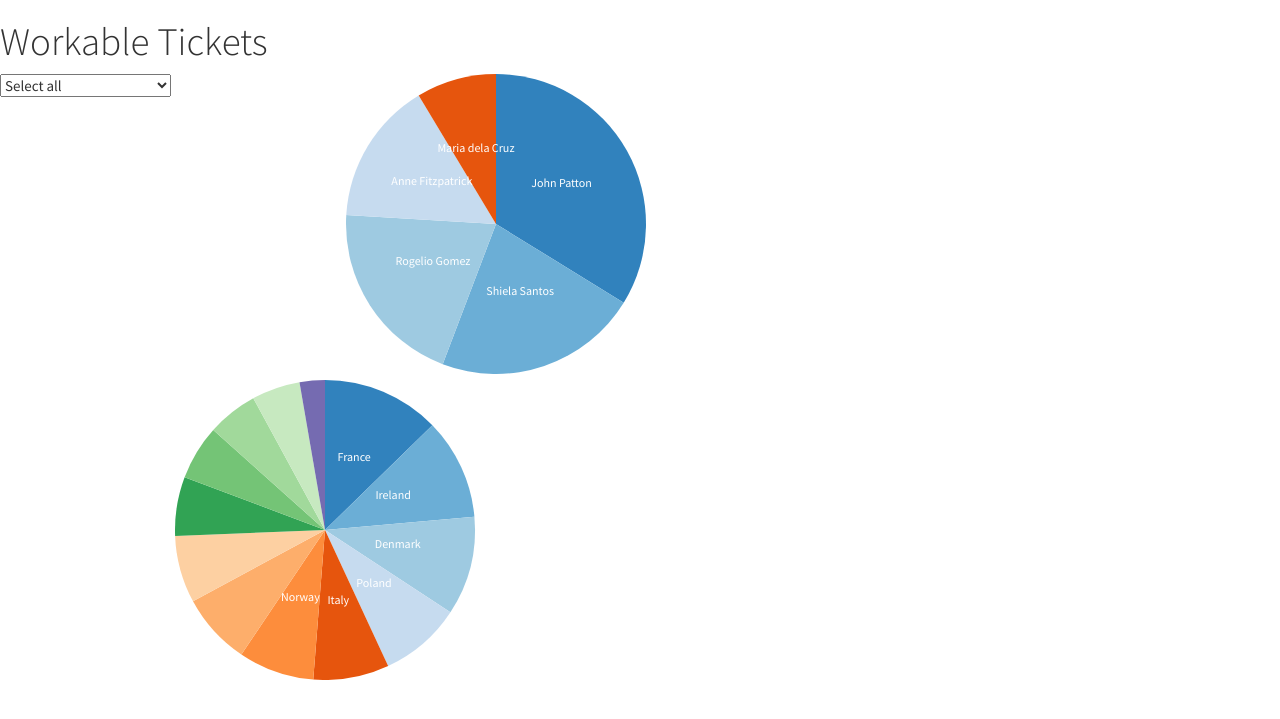
Repository: RChanco/Workable-Tickets-Dashboard
Page: index.html
The author's editor kept a record of every edit. The page is drawn from the files as they stood at one moment, then again after the next edit.
The browser window is 1280 px wide. The pictures show the whole page.

Above is the page before.

### index.html
<!DOCTYPE html>
<html lang="en">
<head>
    <meta charset="UTF-8">
    <meta name="viewport" content="width=device-width, initial-scale=1.0">
    <meta http-equiv="X-UA-Compatible" content="ie=edge">
    <title>Workable Tickets Dashboard</title>

    <link rel="stylesheet" href="static/css/bootstrap.min.css" type="text/css" />
    <link rel="stylesheet" href="static/css/dc.min.css" type="text/css" />

    <script type="text/javascript" src="static/js/d3.min.js"></script>
    <script type="text/javascript" src="static/js/crossfilter.min.js"></script>
    <script type="text/javascript" src="static/js/dc.min.js"></script>
    <script type="text/javascript" src="static/js/queue.min.js"></script>
    <script type="text/javascript" src="static/js/graph.js"></script>

</head>
<body>
    <h1>Workable Tickets</h1>


    <div id="status-selector"></div>

    <div id="case-owner"></div>



    <div id="average-days-old"></div>

    <div id="case-country"></div>

</body>
</html>

### static/js/graph.js
queue()
    .defer(d3.csv,"data/Open_Tickets.csv")
     .await(makeGraphs);

function makeGraphs(error, ticketsData) {
    var ndx = crossfilter(ticketsData);

    show_status_selector(ndx);
    show_case_owner(ndx);
    show_case_country(ndx);

    dc.renderAll();

}

function show_status_selector(ndx) {
    var dim = ndx.dimension(dc.pluck('Status'));
    var group = dim.group();

    dc.selectMenu("#status-selector")
        .dimension(dim)
        .group(group);
}
function show_case_owner(ndx) {
    var dim = ndx.dimension(dc.pluck('CaseOwner'));
    var group = dim.group();

    dc.pieChart("#case-owner")
        .width(650)
        .height(300)
/*        .margins({top: 10, right: 50, bottom: 30, left: 50}) */
        .dimension(dim)
        .group(group)
        .transitionDuration(500)
/*        .x(d3.scale.ordinal())
        .xUnits(dc.units.ordinal)
        .xAxisLabel("Case Owner")
        .yAxis().ticks(20); */
}

function show_case_country(ndx) {
    var dim = ndx.dimension(dc.pluck('CaseCountry'));
    var group = dim.group();

    dc.pieChart("#case-country")
        .width(650)
        .height(300)
/*        .margins({top: 10, right: 50, bottom: 30, left: 50})  */
        .dimension(dim)
        .group(group)
        .transitionDuration(500)
/*        .x(d3.scale.ordinal())
        .xUnits(dc.units.ordinal)
        .xAxisLabel("Case Country")
        .yAxis().ticks(20); */
}

Loaded but not shown: static/css/bootstrap.min.css (library); static/css/dc.min.css (library); static/js/d3.min.js (library); static/js/crossfilter.min.js (library); static/js/dc.min.js (library); static/js/queue.min.js (common file)

After the next edit:
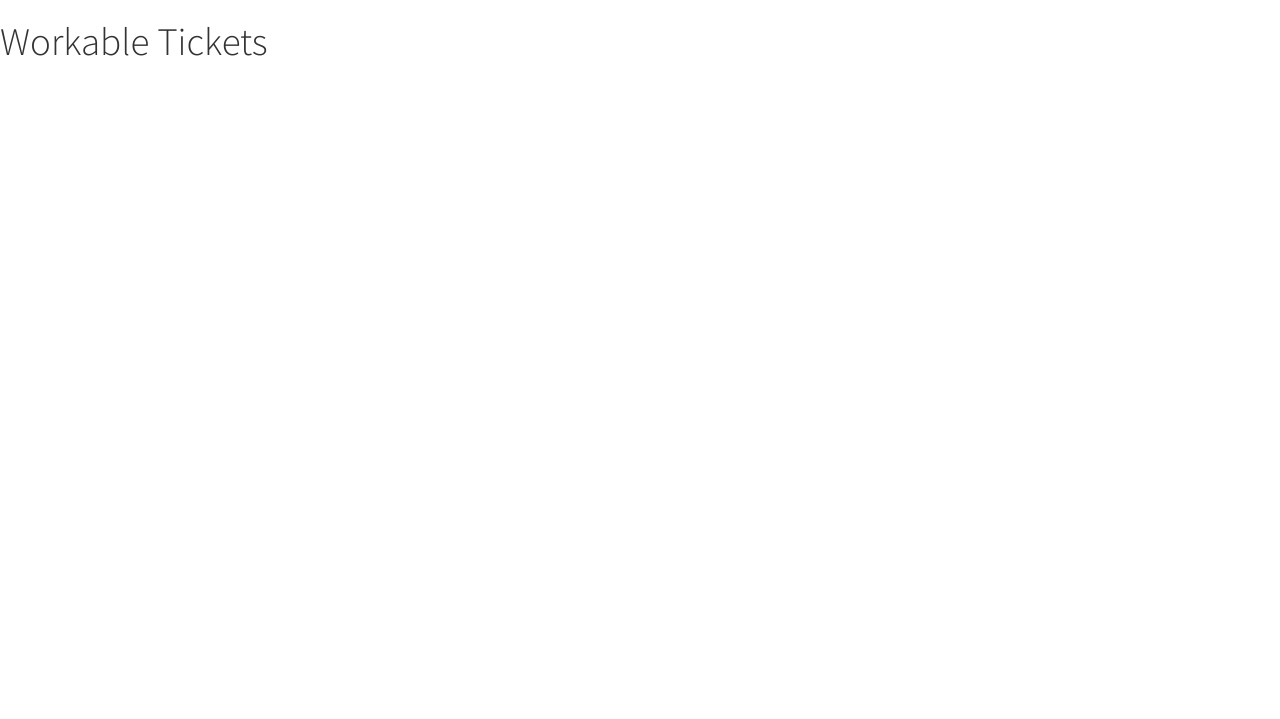
Console error: TypeError: dc.pieChart(...).width(...).height(...).margins is not a function
The edit:
--- a/static/js/graph.js
+++ b/static/js/graph.js
@@ -28,7 +28,7 @@
     dc.pieChart("#case-owner")
         .width(650)
         .height(300)
-/*        .margins({top: 10, right: 50, bottom: 30, left: 50}) */
+        .margins({top: 10, right: 50, bottom: 30, left: 50})
         .dimension(dim)
         .group(group)
         .transitionDuration(500)

After the 3 edits that followed:
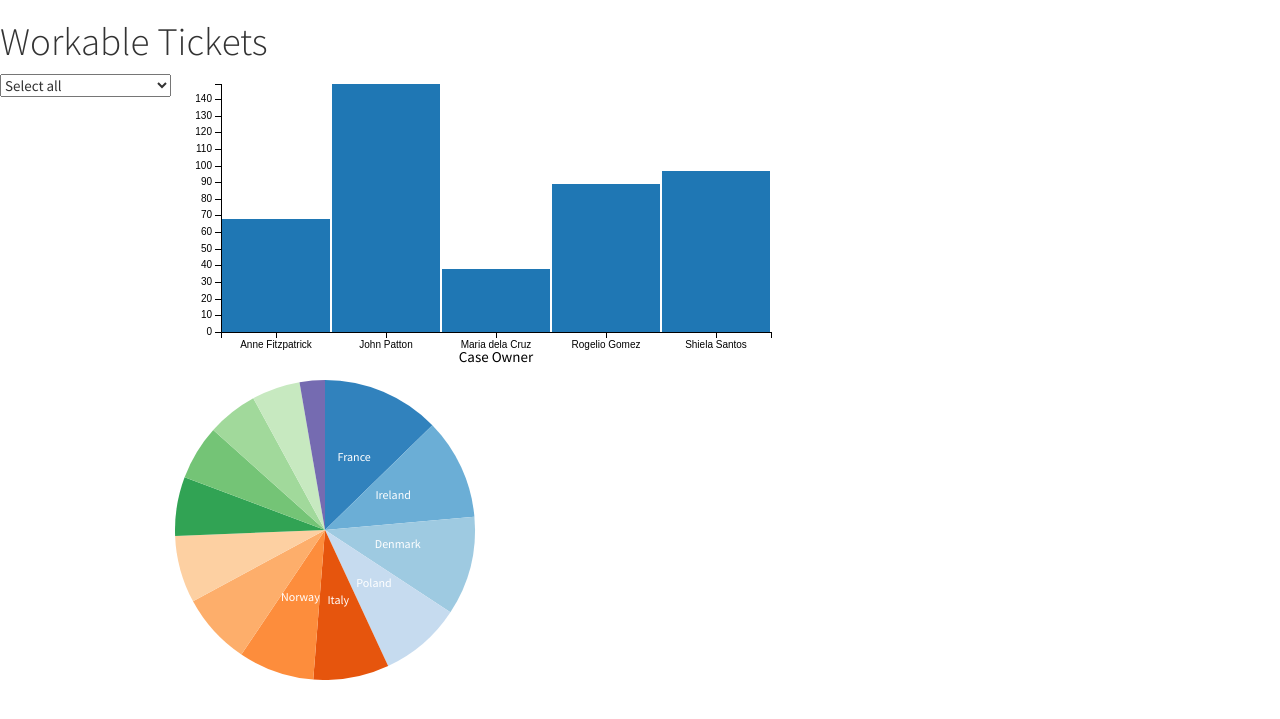
The error is gone.
The 3 edits are shown as one change because 2 left the picture as it was.
The edit:
--- a/static/js/graph.js
+++ b/static/js/graph.js
@@ -25,17 +25,17 @@
     var dim = ndx.dimension(dc.pluck('CaseOwner'));
     var group = dim.group();
 
-    dc.pieChart("#case-owner")
+    dc.barChart("#case-owner")
         .width(650)
         .height(300)
         .margins({top: 10, right: 50, bottom: 30, left: 50})
         .dimension(dim)
         .group(group)
         .transitionDuration(500)
-/*        .x(d3.scale.ordinal())
+        .x(d3.scale.ordinal())
         .xUnits(dc.units.ordinal)
         .xAxisLabel("Case Owner")
-        .yAxis().ticks(20); */
+        .yAxis().ticks(20);
 }
 
 function show_case_country(ndx) {
